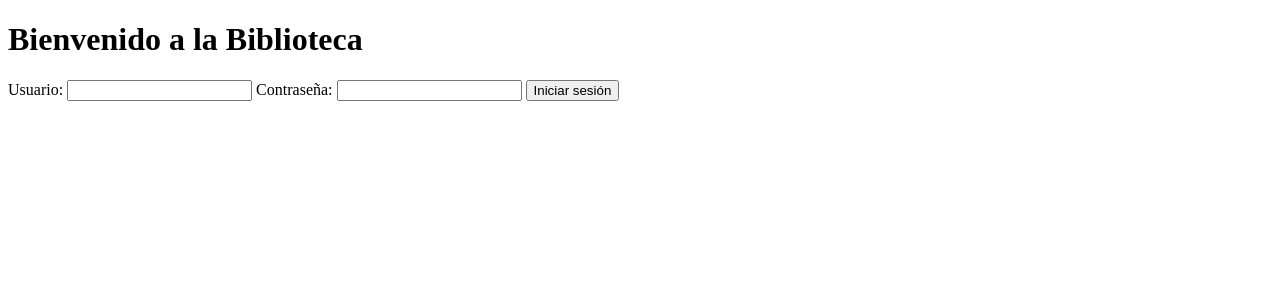
Repository: izhanlaraagarcia/BBDD-Biblioteca
Page: http://localhost/UF2/index.php
The author's editor kept a copy of each file at every save. The page is drawn from the files as they stood at one save, then again after the next save.
The browser window is 1280 px wide. The pictures show the whole page.
The page is run by PHP 8.4 with error messages shown; the project is at /var/www/html/.

Above is the page before, as saved 2024-10-22 12:44:55.

After the next save:
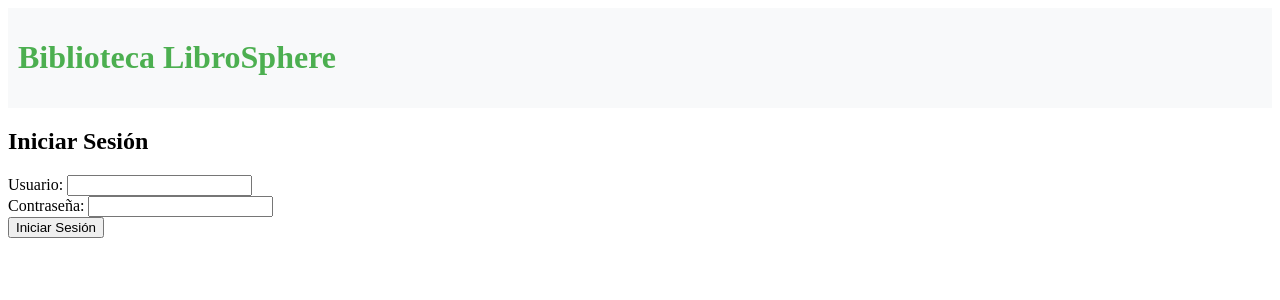
Saved 2 min 4 s later.
--- a/UF2/index.php
+++ b/UF2/index.php
@@ -1,5 +1,15 @@
 <?php
 session_start();
+
+// Comprobar si el usuario ya ha iniciado sesión
+if (isset($_SESSION['usuario'])) {
+    if ($_SESSION['usuario'] == 'admin') {
+        header("Location: vista/admin.php");
+    } elseif ($_SESSION['usuario'] == 'user') {
+        header("Location: vista/user.php");
+    }
+    exit();
+}
 ?>
 
 <!DOCTYPE html>
@@ -7,28 +17,29 @@
 <head>
     <meta charset="UTF-8">
     <meta name="viewport" content="width=device-width, initial-scale=1.0">
-    <title>Login - Biblioteca</title>
+    <title>Biblioteca</title>
 </head>
 <body>
-    <h1>Bienvenido a la Biblioteca</h1>
+    <?php include 'vista/header.php'; ?>
+
+    <h2>Iniciar Sesión</h2>
 
     <?php
     // Mostrar mensaje de error si existe
     if (isset($_SESSION['error'])) {
-        echo "<p style='color:red'>" . $_SESSION['error'] . "</p>";
-        unset($_SESSION['error']);  // Eliminar el mensaje de error después de mostrarlo
+        echo "<p style='color:red'>{$_SESSION['error']}</p>";
+        unset($_SESSION['error']); // Limpiar el mensaje después de mostrarlo
     }
     ?>
 
-<form action="controlador/login.php" method="post">
-    <label for="usuario">Usuario:</label>
-    <input type="text" name="usuario" id="usuario" required>
-
-    <label for="contrasena">Contraseña:</label>
-    <input type="password" name="contrasena" id="contrasena" required>
-
-    <button type="submit">Iniciar sesión</button>
-</form>
-
+    <form action="controlador/login.php" method="POST">
+        <label for="usuario">Usuario:</label>
+        <input type="text" id="usuario" name="usuario" required>
+        <br>
+        <label for="contrasena">Contraseña:</label>
+        <input type="password" id="contrasena" name="contrasena" required>
+        <br>
+        <input type="submit" value="Iniciar Sesión">
+    </form>
 </body>
 </html>

After the save that followed:
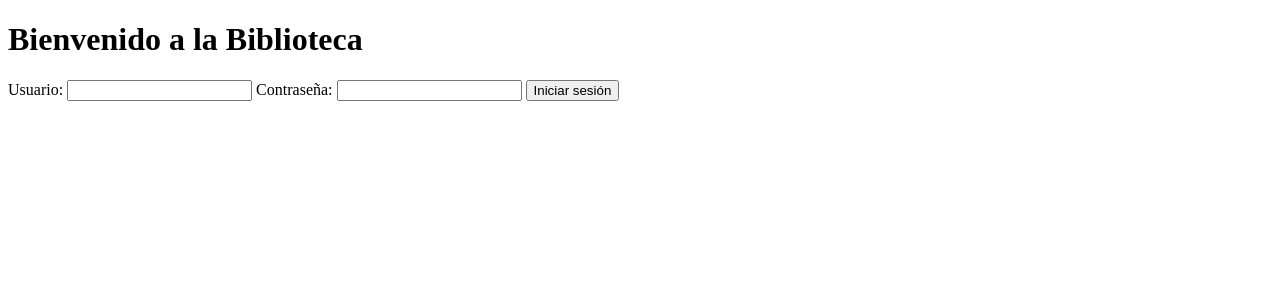
Saved 26 s later.
--- a/UF2/index.php
+++ b/UF2/index.php
@@ -1,15 +1,5 @@
 <?php
 session_start();
-
-// Comprobar si el usuario ya ha iniciado sesión
-if (isset($_SESSION['usuario'])) {
-    if ($_SESSION['usuario'] == 'admin') {
-        header("Location: vista/admin.php");
-    } elseif ($_SESSION['usuario'] == 'user') {
-        header("Location: vista/user.php");
-    }
-    exit();
-}
 ?>
 
 <!DOCTYPE html>
@@ -17,29 +7,27 @@
 <head>
     <meta charset="UTF-8">
     <meta name="viewport" content="width=device-width, initial-scale=1.0">
-    <title>Biblioteca</title>
+    <title>Login - Biblioteca</title>
 </head>
 <body>
-    <?php include 'vista/header.php'; ?>
-
-    <h2>Iniciar Sesión</h2>
+    <h1>Bienvenido a la Biblioteca</h1>
 
     <?php
     // Mostrar mensaje de error si existe
     if (isset($_SESSION['error'])) {
-        echo "<p style='color:red'>{$_SESSION['error']}</p>";
-        unset($_SESSION['error']); // Limpiar el mensaje después de mostrarlo
+        echo "<p style='color:red'>" . $_SESSION['error'] . "</p>";
+        unset($_SESSION['error']);  // Eliminar el mensaje de error después de mostrarlo
     }
     ?>
 
-    <form action="controlador/login.php" method="POST">
+    <form action="controlador/login.php" method="post">
         <label for="usuario">Usuario:</label>
-        <input type="text" id="usuario" name="usuario" required>
-        <br>
+        <input type="text" name="usuario" id="usuario" required>
+
         <label for="contrasena">Contraseña:</label>
-        <input type="password" id="contrasena" name="contrasena" required>
-        <br>
-        <input type="submit" value="Iniciar Sesión">
+        <input type="password" name="contrasena" id="contrasena" required>
+
+        <button type="submit">Iniciar sesión</button>
     </form>
 </body>
 </html>
